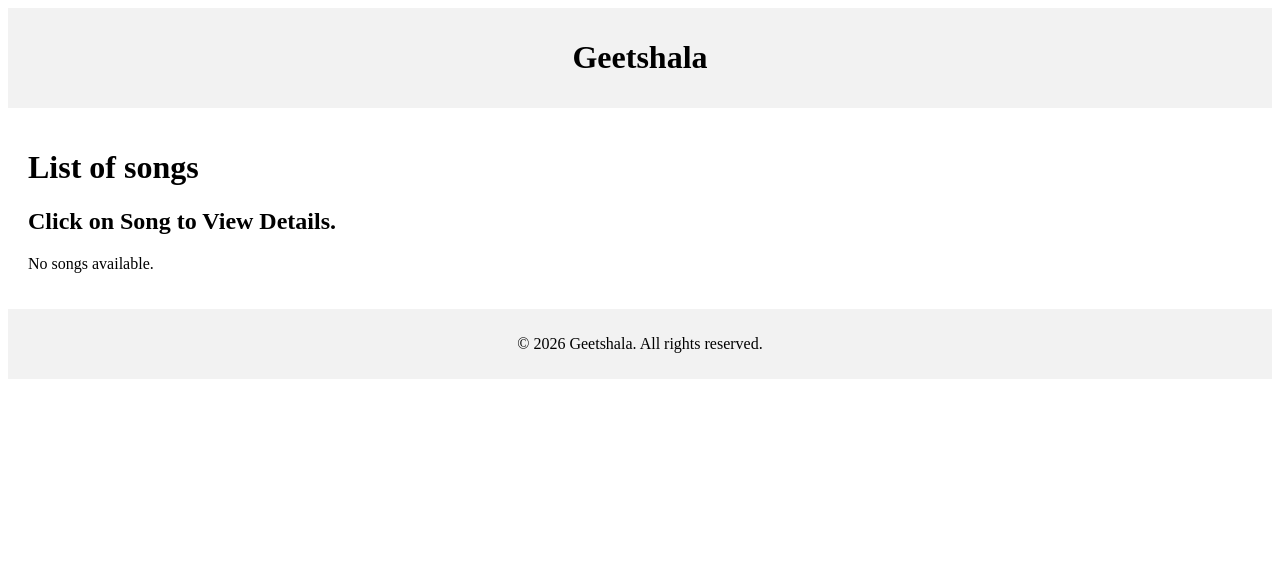
Repository: thagunnaharish1-netizen/GeetShala
Page: http://localhost/songs/
The author's editor kept a copy of each file at every save. The page is drawn from the files as they stood at one save, then again after the next save.
The browser window is 1280 px wide. The pictures show the whole page.
The page is served by the project's application, run on Django 5.2 (manage.py).

Above is the page before, as saved 2026-09-01 19:37:58.

After the next save:
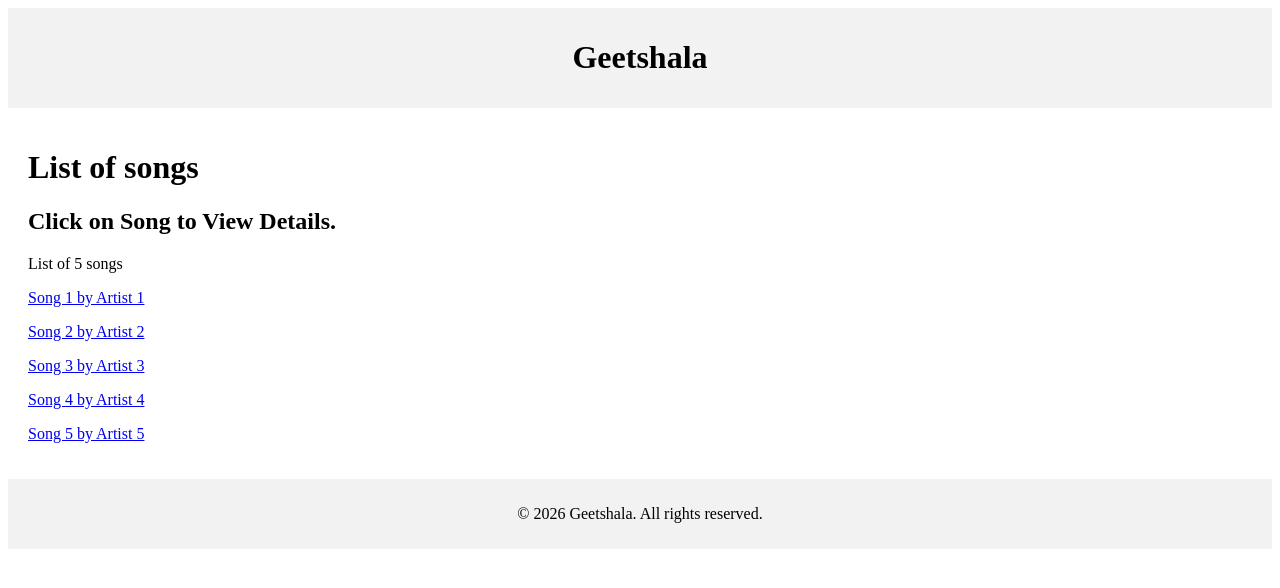
Saved 12 s later.
--- a/songs/views.py
+++ b/songs/views.py
@@ -11,7 +11,7 @@ def song_list(request):
         {'id': 4, 'title': 'Song 4', 'artist': 'Artist 4'},
         {'id': 5, 'title': 'Song 5', 'artist': 'Artist 5'},
     ]
-    return render(request, 'song_list.html', {'songs1': songs})
+    return render(request, 'song_list.html', {'songs': songs})
 
 def song_detail(request, song_id):
     response_text = f"You are calling:{song_id}"
